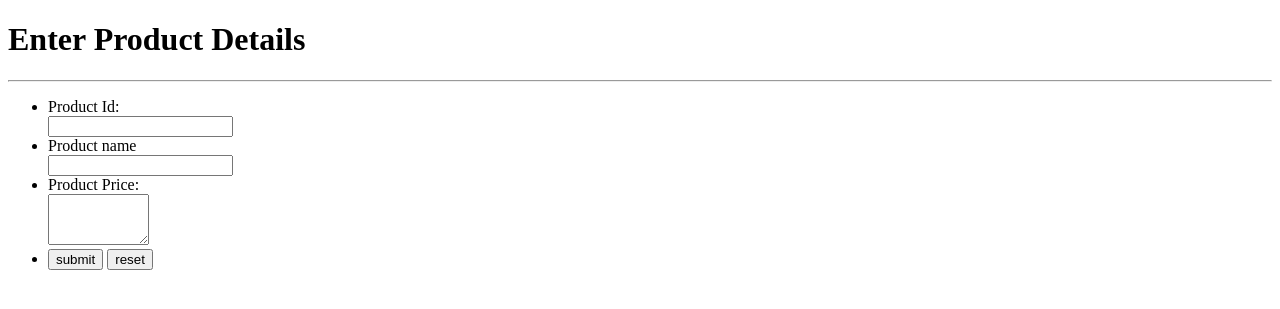
Repository: balinenibhanuprakash444/projects-All-Phases
Page: http://localhost/producdetailsPortal/
The author's editor kept a copy of each file at every save. The page is drawn from the files as they stood at one save, then again after the next save.
The browser window is 1280 px wide. The pictures show the whole page.
The page is served by Tomcat 9.

Above is the page before, as saved 2022-03-22 14:16:47.

After the next save:
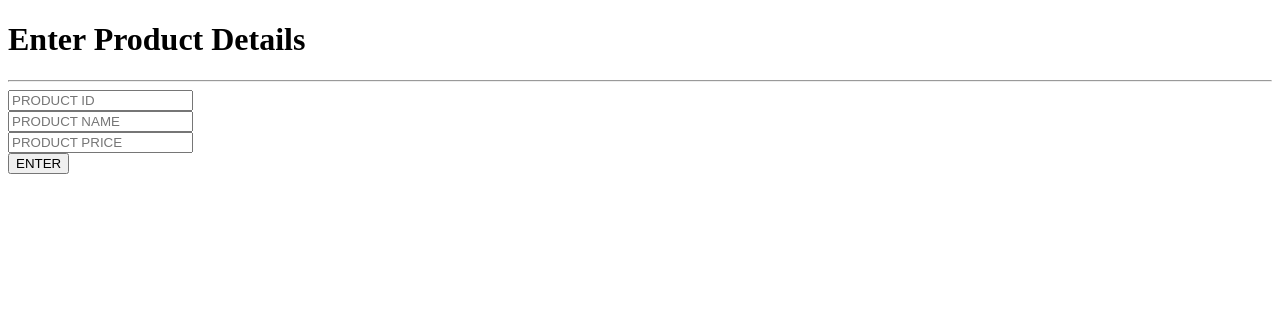
Saved 104 s later.
--- a/producdetailsPortal/src/main/webapp/index.jsp
+++ b/producdetailsPortal/src/main/webapp/index.jsp
@@ -9,26 +9,13 @@
 <body>
 <h1>Enter Product Details</h1>
 <hr>
-<form  action="insert">
+<form action="App">
+<input type="text" name="productId" placeholder="PRODUCT ID"><br>
 
-  <ul>
-   <li>
-     <label for="name">Product Id:</label><br>
-     <input type="text" name="productid" id="productid" value="" />
-   </li>
-  <li>
-   <label for="email">Product name</label><br>
-   <input type="text" name="productname" id="productname" value="" />
-   </li>
-   <li>
-  <label for="comments">Product Price:</label><br>
-  <textarea id="productprice" name="productprice" cols="10" rows="3"></textarea>
-  </li>
- <li>
-  <input type="submit" value="submit" />
-   <input type="reset" value="reset" />
-   </li>
-    </ul>
+<input type="text" name="productName" placeholder="PRODUCT NAME"><br>
+
+<input type="text" name="productPrice" placeholder="PRODUCT PRICE"><br>
+<input type="submit" value="ENTER">
 </form>
 
 </body>
